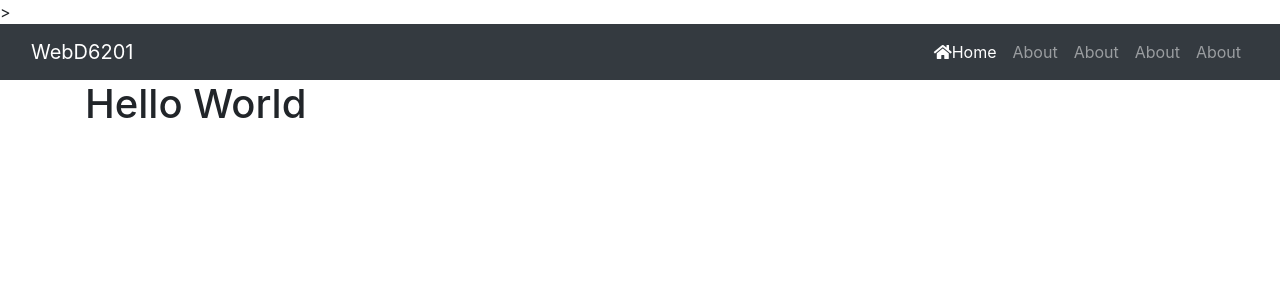
Repository: CKM206/WEBD6201-W2021-Week1
Page: index.html
An editor plug-in stored every save of this project. The page is shown before and after the next save, followed by the edit.
The browser window is 1280 px wide. The pictures show the whole page.

Above is the page before, as saved 2021-01-14 09:24:02.

After the next save:
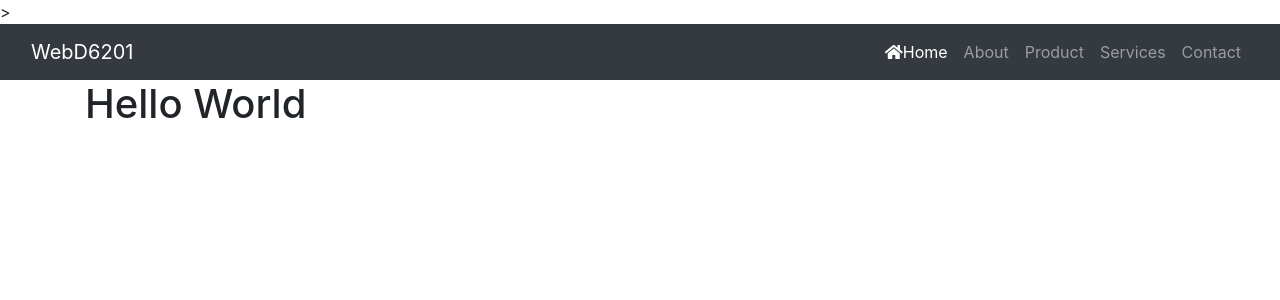
Saved 27 s later.
--- a/index.html
+++ b/index.html
@@ -34,15 +34,15 @@
                   </li>
 
                   <li class="nav-item">
-                    <a class="nav-link" aria-current="page" href="#">About</a>
+                    <a class="nav-link" aria-current="page" href="#">Product</a>
                   </li>
 
                   <li class="nav-item">
-                    <a class="nav-link" aria-current="page" href="#">About</a>
+                    <a class="nav-link" aria-current="page" href="#">Services</a>
                   </li>
 
                   <li class="nav-item">
-                    <a class="nav-link" aria-current="page" href="#">About</a>
+                    <a class="nav-link" aria-current="page" href="#">Contact</a>
                   </li>
 
               </div>
